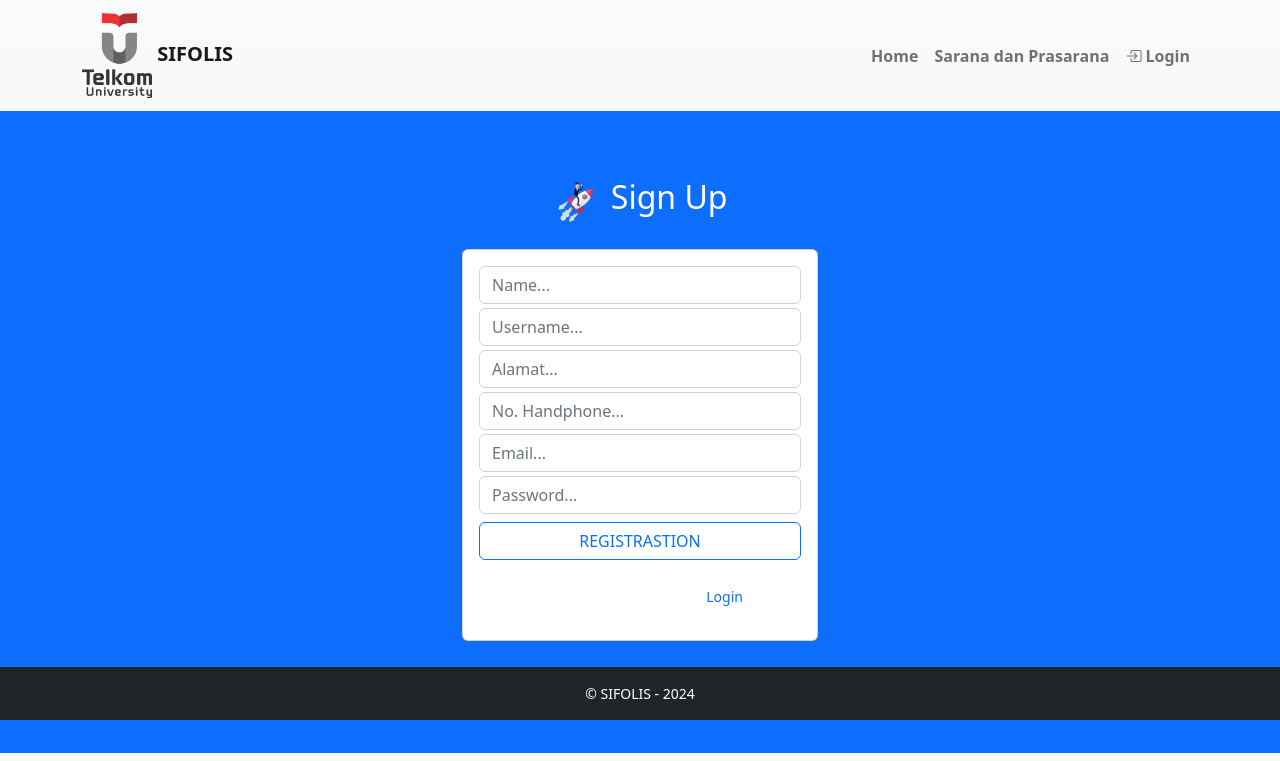
Repository: Audi87/uas_framework
Page: http://localhost/registrasi
These files come from the project's save history. The page is drawn as it stood at one moment and after a run of saves; the edit follows.
The browser window is 1280 px wide. The pictures show the whole page.
Some web libraries are served in a nearby version. The page is served by the project's Laravel application, run on PHP 8.4 with Laravel 10. Other server files are loaded and not shown.

Above is the page before, as saved 2024-06-13 21:19:48.

### routes/web.php
<?php

use App\Http\Controllers\{
    BarangController, ContactController, CustumerController, DataPeminjamanController, HistoryController,
    Home, LoginController, PeminjamanController, ProfilController, RegistrasiController,
    SaranaDanPrasaranaController, AdminController
};
use Illuminate\Support\Facades\Route;


Route::get('/', [Home::class, 'index'])->middleware('auth');

Route::get('/login', [LoginController::class, 'index'])->name('login')->middleware('guest');
Route::post('/login', [LoginController::class, 'login']);
Route::post('/logout', [LoginController::class, 'logout']);

Route::get('/registrasi', [RegistrasiController::class, 'index'])->middleware('guest');
Route::post('/registrasi', [RegistrasiController::class, 'registrasi']);

Route::get('/dashboard', function() {
    return view('dashboard.index', ['title' => 'Dashboard Admin']);
})->middleware('admin');

Route::get('/profil/{user:id}', [ProfilController::class, 'index'])->middleware('auth');

Route::get('/sarana dan prasarana', [SaranaDanPrasaranaController::class, 'index'])->middleware('auth');
Route::resource('/sarana-prasarana', BarangController::class)->middleware('admin');

Route::get('/peminjaman/{barang:id}', [PeminjamanController::class, 'index'])->middleware('auth');
Route::post('/peminjaman/{barang:id}', [PeminjamanController::class, 'peminjaman'])->middleware('auth');

Route::get('/history/{user:id}', [HistoryController::class, 'index'])->middleware('auth');

Route::get('/kembalikan/{id}', [PeminjamanController::class, 'kembalikan'])->middleware('auth');
Route::get('/detail-peminjaman/{id}', [PeminjamanController::class, 'detailPeminjaman'])->middleware('auth');

Route::get('/category/{id}', [SaranaDanPrasaranaController::class, 'category'])->middleware('auth');

Route::get('/custumer', [CustumerController::class, 'index'])->middleware('admin');
Route::get('/custumer/{user:id}', [CustumerController::class, 'detail'])->middleware('admin');

Route::get('/data-peminjaman', [DataPeminjamanController::class, 'index'])->middleware('admin');
Route::get('/data-peminjaman/{id}', [DataPeminjamanController::class, 'detail'])->middleware('admin');

Route::get('/contact', [ContactController::class, 'index'])->middleware('auth');

### app/Http/Controllers/RegistrasiController.php
<?php

namespace App\Http\Controllers;

use Illuminate\Support\Facades\App;
use App\Models\User;
use Illuminate\Http\Request;

class RegistrasiController extends Controller
{
    // Function untuk menampilkan view registrasi
    public function index()
    {
        return view('registrasi.registrasi', [
            'title' => 'Registrasi'
        ]);
    }

    // Function untuk proses registrasi
    public function registrasi(Request $request)
    {
        $validateData = $request->validate([
            'name' => ['required', 'min:4', 'max:255'],
            'username' => ['required', 'min:5', 'max:255'],
            'alamat' => ['required', 'min:5', 'max:255'],
            'no_handphone' => ['required', 'min:5', 'max:255'],
            'email' => ['required', 'min:5', 'max:255', 'unique:users'],
            'password' => ['required', 'min:5', 'max:255']
        ]);

        $validateData['password'] = bcrypt($validateData['password']);
        User::create($validateData);

        // Menampilkan Sweet Alert
        return redirect('/login')->with('success', 'successful registration');
    }
}

### resources/views/registrasi/registrasi.blade.php
@extends('layouts.main')

@section('content')

<div class="regis p-3 mb-2 bg-primary text-white">
    <div class="container py-5">
        <div class="row text-center mb-5">
            <div class="col-lg-4 offset-lg-4" >
                <h2>
                    <img src="img/pngwing.com (7).png" text-primary width="50" alt="" data-aos="flip-left" data-aos-duration="2000" >
                    Sign Up
                </h2>
            </div>
            <div class="col-lg-4 offset-lg-4 col-10 offset-1 mt-3">
                {{-- Form Registrasi --}}
                <div class="card">
                    <div class="card-body">
                        <form action="/registrasi" method="post">
                            @csrf
                            <div class="mb-1">
                                <input type="text" id="name" name="name" placeholder="Name..." value="{{ old('name') }}" class="form-control @error('name') is-invalid @enderror">
                                @error('name')
                                <div class="invalid-feedback">
                                    {{ $message }}
                                </div>
                                @enderror
                            </div>
                            <div class="mb-1">
                                <input type="text" id="username" name="username" placeholder="Username..." value="{{ old('username') }}" class="form-control @error('username') is-invalid @enderror">
                                @error('username')
                                <div class="invalid-feedback">
                                    {{ $message }}
                                </div>
                                @enderror
                            </div>
                            <div class="mb-1">
                                <input type="text" id="alamat" name="alamat" placeholder="Alamat..." value="{{ old('alamat') }}" class="form-control @error('alamat') is-invalid @enderror">
                                @error('alamat')
                                <div class="invalid-feedback">
                                    {{ $message }}
                                </div>
                                @enderror
                            </div>
                            <div class="mb-1">
                                <input type="number" id="no_handphone" name="no_handphone" placeholder="No. Handphone..." value="{{ old('no_handphone') }}" class="form-control @error('no_handphone') is-invalid @enderror">
                                @error('no_handphone')
                                <div class="invalid-feedback">
                                    {{ $message }}
                                </div>
                                @enderror
                            </div>
                            <div class="mb-1">
                                <input type="email" id="email" name="email" placeholder="Email..." value="{{ old('email') }}" class="form-control @error('email') is-invalid @enderror">
                                @error('email')
                                <div class="invalid-feedback">
                                    {{ $message }}
                                </div>
                                @enderror
                            </div>
                            <div class="mb-2">
                                <input type="password" id="password" name="password" placeholder="Password..." value="{{ old('password') }}" class="form-control @error('password') is-invalid @enderror">
                                @error('password')
                                <div class="invalid-feedback">
                                    {{ $message }}
                                </div>
                                @enderror
                            </div>
                            <div class="mb-4">
                                <button class="btn btn-outline-primary w-100" type="submit">REGISTRASTION</button>
                            </div>
                            <div>
                                <p><small>already have an account? <a href="login" class="text-decoration-none">Login</a></small></p>
                            </div>
                        </form>
                    </div>
                </div>
            </div>
        </div>
    </div>
</div>

@if(session('success'))
<script>
    Swal.fire({
        title: 'Registrasi Berhasil!',
        text: "{{ session('success') }}",
        icon: 'success',
        confirmButtonText: 'Ok'
    });
</script>
@endif

@endsection

### resources/views/layouts/main.blade.php
<!doctype html>
<html lang="en">
  <head>
    <meta charset="utf-8">
    <meta name="viewport" content="width=device-width, initial-scale=1">
    <title>{{ $title }}</title>

    <link rel="stylesheet" href="/css/stylee.css">

    {{-- Link Aos --}}
    <link rel="stylesheet" href="https://unpkg.com/aos@next/dist/aos.css" />

    {{-- Link Icons Bootstrap --}}
    <link rel="stylesheet" href="https://cdn.jsdelivr.net/npm/bootstrap-icons@1.9.1/font/bootstrap-icons.css">

    <link href="https://cdn.jsdelivr.net/npm/bootstrap@5.2.0/dist/css/bootstrap.min.css" rel="stylesheet" integrity="sha384-gH2yIJqKdNHPEq0n4Mqa/HGKIhSkIHeL5AyhkYV8i59U5AR6csBvApHHNl/vI1Bx" crossorigin="anonymous">
    <link href="https://fonts.googleapis.com/css2?family=Poppins:wght@400;500;600&display=swap" rel="stylesheet">
    <link rel="stylesheet" href="https://cdnjs.cloudflare.com/ajax/libs/font-awesome/6.4.0/css/all.min.css"
        integrity="sha512-iecdLmaskl7CVkqkXNQ/ZH/XLlvWZOJyj7Yy7tcenmpD1ypASozpmT/E0iPtmFIB46ZmdtAc9eNBvH0H/ZpiBw=="
        crossorigin="anonymous" referrerpolicy="no-referrer" />
  </head>
  <body class="bg-light">

    {{-- Include navbar --}}
    @include('navbar.navbar')

    {{-- Content --}}
    @yield('content')
    {{-- End Content --}}

    {{-- Include Footer --}}
    @include('footer.footer')

    <script src="https://cdn.jsdelivr.net/npm/bootstrap@5.2.0/dist/js/bootstrap.bundle.min.js" integrity="sha384-A3rJD856KowSb7dwlZdYEkO39Gagi7vIsF0jrRAoQmDKKtQBHUuLZ9AsSv4jD4Xa" crossorigin="anonymous"></script>

    <script src="https://unpkg.com/aos@next/dist/aos.js"></script>
    <script>
      AOS.init();
    </script>

    {{-- Js Jquery --}}
    <script src="/js/jquery.js"></script>

    {{-- Script js --}}
    <script src="/js/script.js"></script>

  </body>
</html>

### resources/views/navbar/navbar.blade.php
{{-- Navbar --}}
<nav class="navbar navbar-expand-lg bg-light bg-gradient navbar-light">
    <div class="container">
        <a class="navbar-brand" href="/"><img src="img/logo.png" width="70" alt="" data-aos="flip-left"
                data-aos-duration="2000"> SIFOLIS </a>
        <button class="navbar-toggler" type="button" data-bs-toggle="collapse" data-bs-target="#navbarNav"
            aria-controls="navbarNav" aria-expanded="false" aria-label="Toggle navigation">
            <span class="navbar-toggler-icon"></span>
        </button>
        <div class="collapse navbar-collapse" id="navbarNav">
            <ul class="navbar-nav ms-auto">
                <li class="nav-item">
                    <a class="nav-link {{ Request::is('/') ? 'active' : '' }}" aria-current="page"
                        href="/">Home</a>
                </li>
                <li class="nav-item">
                    <a class="nav-link {{ Request::is('sarana dan prasarana') ? 'active' : '' }}" aria-current="page"
                        href="/sarana dan prasarana">Sarana dan Prasarana</a>
                </li>

                @auth
                    <li class="nav-item dropdown">
                        <a class="nav-link dropdown-toggle" href="#" role="button" data-bs-toggle="dropdown"
                            aria-expanded="false">
                            <i class="bi bi-person-lines-fill"></i> Welcome, {{ auth()->user()->username }}
                        </a>
                        <ul class="dropdown-menu">
                            @can('admin')
                                <li><a class="dropdown-item" href="/dashboard">Dashboard Admin</a></li>
                            @endcan
                            <li><a class="dropdown-item" href="/history/{{ auth()->user()->id }}">Peminjaman</a></li>
                            <li><a class="dropdown-item" href="/contact">Contact Us</a></li>
                            <li><a class="dropdown-item" href="/profil/{{ auth()->user()->id }}"><i
                                        class="bi bi-person-lines-fill"></i> My Profil</a></li>
                            <li>
                                <hr class="dropdown-divider">
                            </li>
                            {{-- Form Logout --}}
                            <form action="/logout" method="post">
                                @csrf
                                <button type="submit" class="dropdown-item"
                                    onclick="return confirm('sure want to go out?')"><i class="bi bi-box-arrow-in-left"></i>
                                    Logout</button>
                            </form>
                            {{-- End From --}}
                        </ul>
                    </li>
                @else
                    <li class="nav-item">
                        <a class="nav-link {{ Request::is('login') ? 'active' : '' }}" href="/login"><i
                                class="bi bi-box-arrow-in-right"></i> Login</a>
                    </li>
                @endauth

            </ul>
        </div>
    </div>
</nav>
{{-- End Navbar --}}

### resources/views/footer/footer.blade.php
<div class="container">
    <!-- Konten Halaman di sini -->
</div>
<div class="fixed-bottom">
<footer class="container-fluid bg-dark text-white text-center">
    <div class="container1">
        <div class="row">
            <div class="col-lg-12">
                <small><p class="mt-3">&copy; SIFOLIS - 2024</p></small>
            </div>
        </div>
    </div>
    </div>
</footer>

### public/css/stylee.css
nav ul li {
    font-weight: bold;
}

nav a {
    font-weight: bold;
}

nav ul li:hover {
    background-color: black;
    opacity: 0.8;
    border-radius: 17px;
    text-decoration: underline;
}

### public/js/script.js
$(document).ready(function(){


    window.setTimeout(function(){
        $('.alert').fadeTo(300, 0).slideUp(300, function(){
            $(this).remove();
        });
    }, 4000);

    // Js Show password
    $('#flexCheckDefault').click(function(){
        if($(this).is(':checked')){
            $('#password').attr('type', 'text')
        }else{
            $('#password').attr('type', 'password')
        }
    });

});

Loaded but not shown: app/Http/Controllers/Controller.php (common file); public/js/jquery.js (library)

After the next 3 saves:
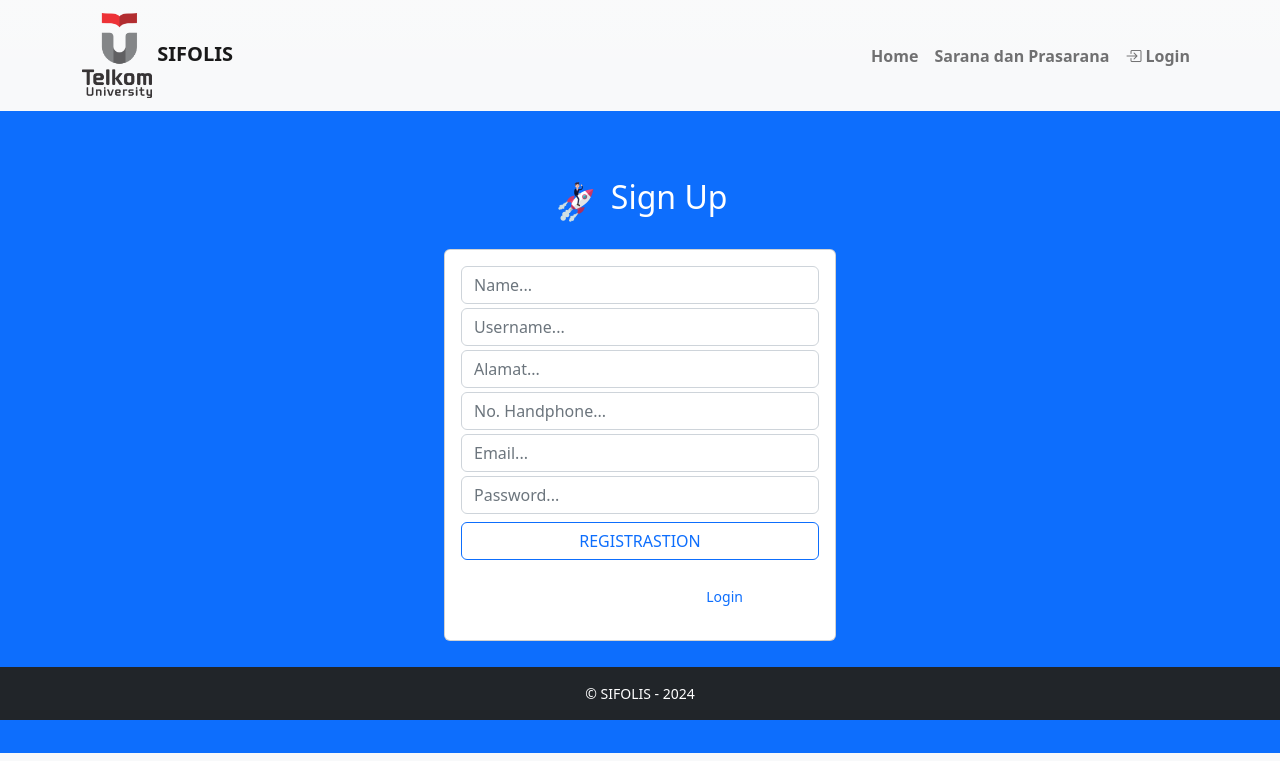
The 3 saves are shown as one change because they came seconds apart.
The last was saved 47 s later.
--- a/resources/views/registrasi/registrasi.blade.php
+++ b/resources/views/registrasi/registrasi.blade.php
@@ -3,7 +3,7 @@
 @section('content')
 
 <div class="regis p-3 mb-2 bg-primary text-white">
-    <div class="container py-5">
+    <div class="container-fluid py-5">
         <div class="row text-center mb-5">
             <div class="col-lg-4 offset-lg-4" >
                 <h2>
